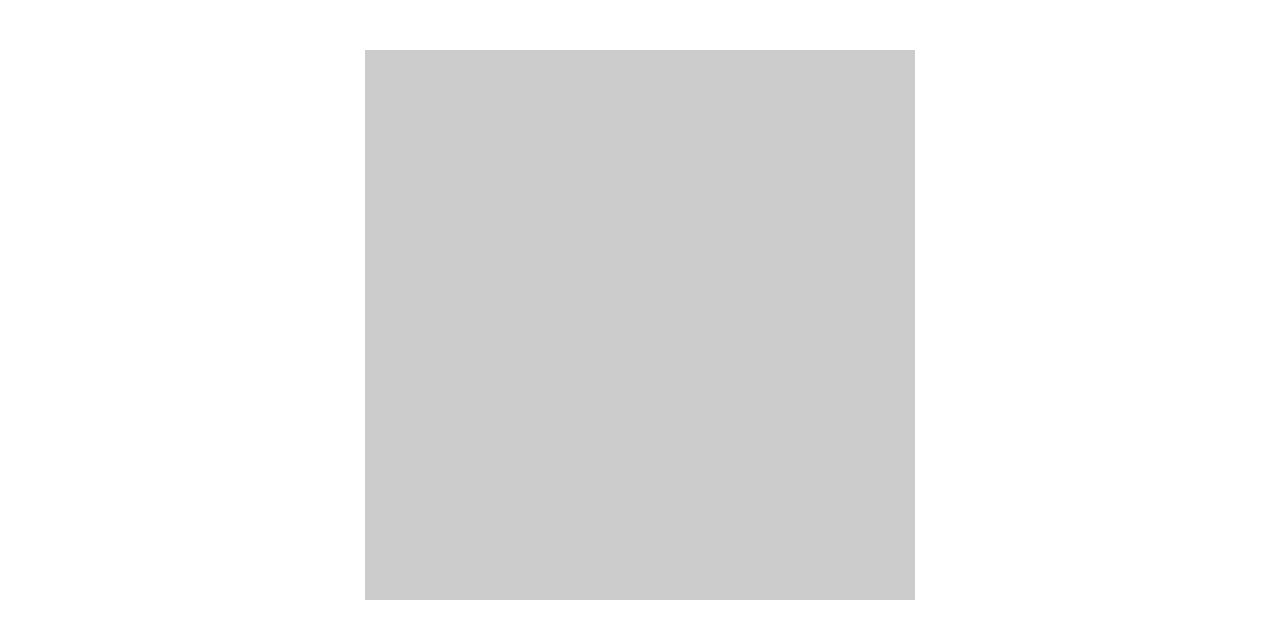
Repository: elvinyeka/SnakeGame
Page: index.html
An editor plug-in stored every save of this project. The page is shown before and after the next save, followed by the edit.
The browser window is 1280 px wide. The pictures show the whole page.

Above is the page before, as saved 2020-11-07 20:39:32.

After the next save:
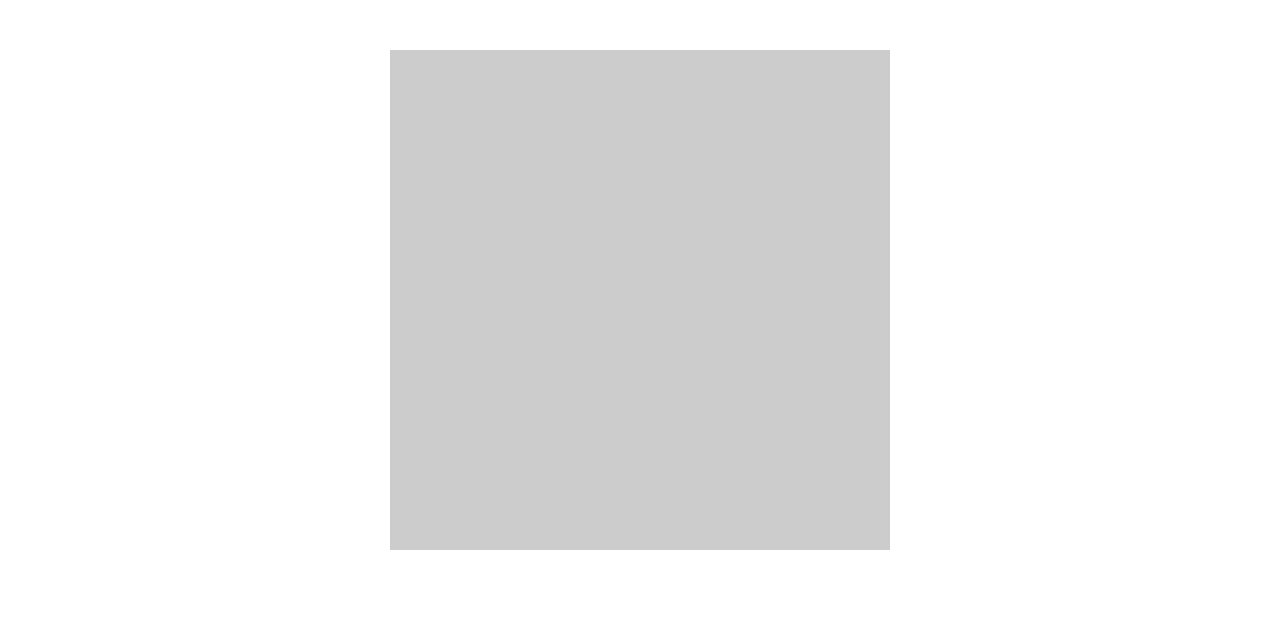
Saved 90 s later.
--- a/css/style.css
+++ b/css/style.css
@@ -7,8 +7,8 @@
 }
 
 .ground {
-    width: 550px;
-    height: 550px;
+    width: 500px;
+    height: 500px;
     margin: 0 auto;
     display: flex;
     flex-wrap: wrap;
